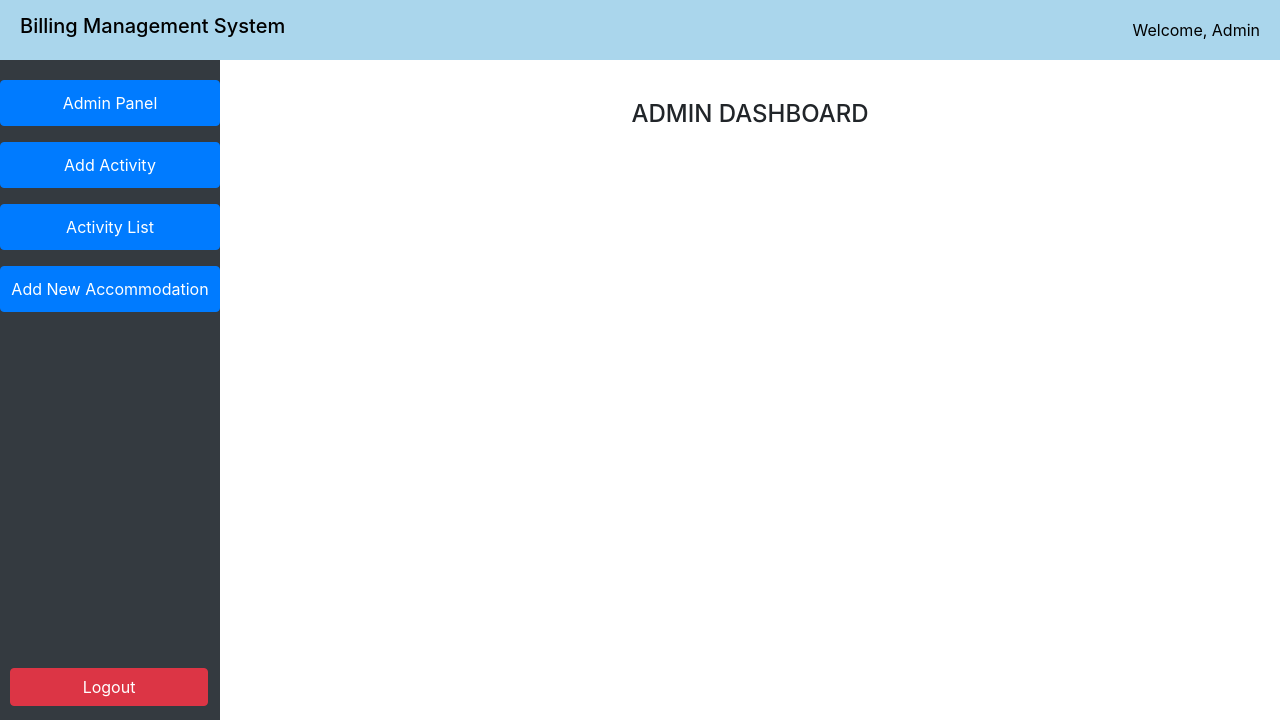
Repository: ruturajsurwase/Thymleaf-Projects
Page: http://localhost/admin_dashboard
An editor plug-in stored every save of this project. The page is shown before and after the next save, followed by the edit.
The browser window is 1280 px wide. The pictures show the whole page.
Some web libraries are served in a nearby version. The page is this project's Thymeleaf template; nobody is signed in. The template is opened directly, without the code that normally fills it, so the values that code supplies are empty.

Above is the page before, as saved 2024-12-12 08:25:36.

After the next save:
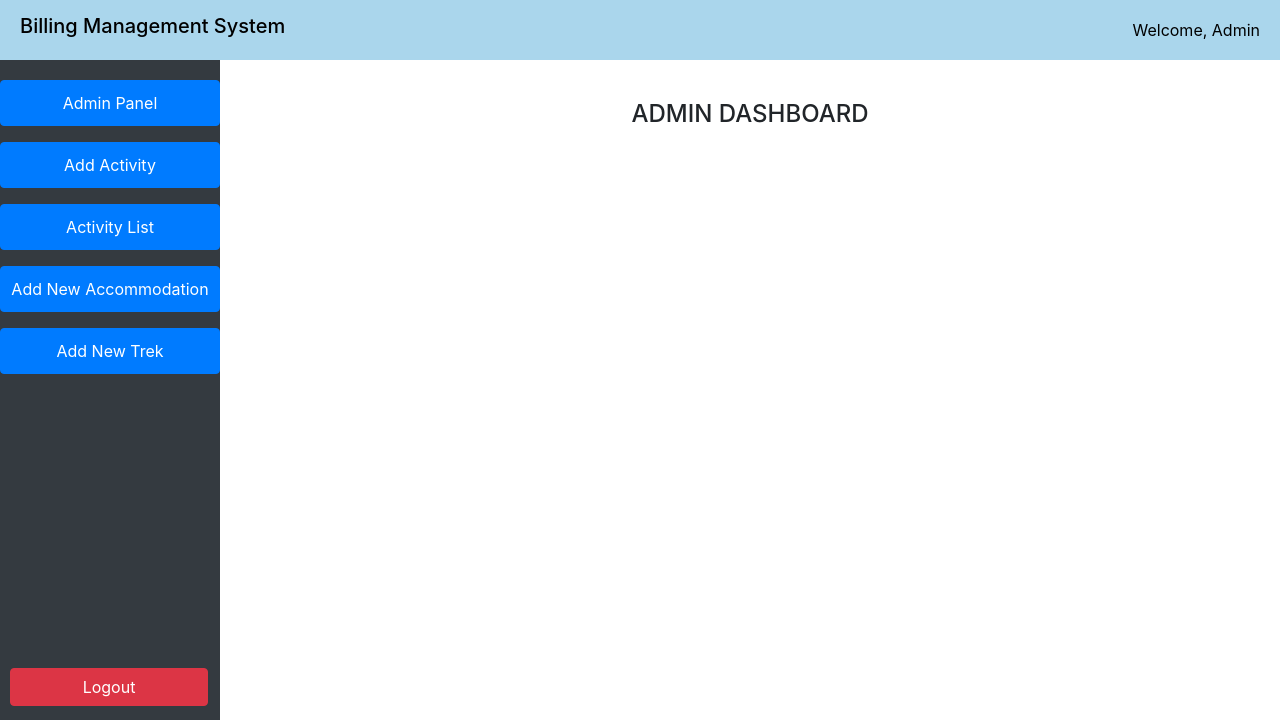
Saved 42 s later.
--- a/WEEKENDFEELS/src/main/resources/templates/admin_dashboard.html
+++ b/WEEKENDFEELS/src/main/resources/templates/admin_dashboard.html
@@ -90,6 +90,8 @@
 
 		<a href="/accommodations/add" class="btn btn-primary btn-block mb-3">Add New Accommodation</a>
 
+
+	    <a href="/accommodations/add" class="btn btn-primary btn-block mb-3">Add New Trek</a>
 	  <!--   <a href="/new" 	class="btn btn-primary btn-block mb-3">Create invoice</a>
 
 	    <a href="/invoices" 	class="btn btn-primary btn-block mb-3">All Invoices</a>
